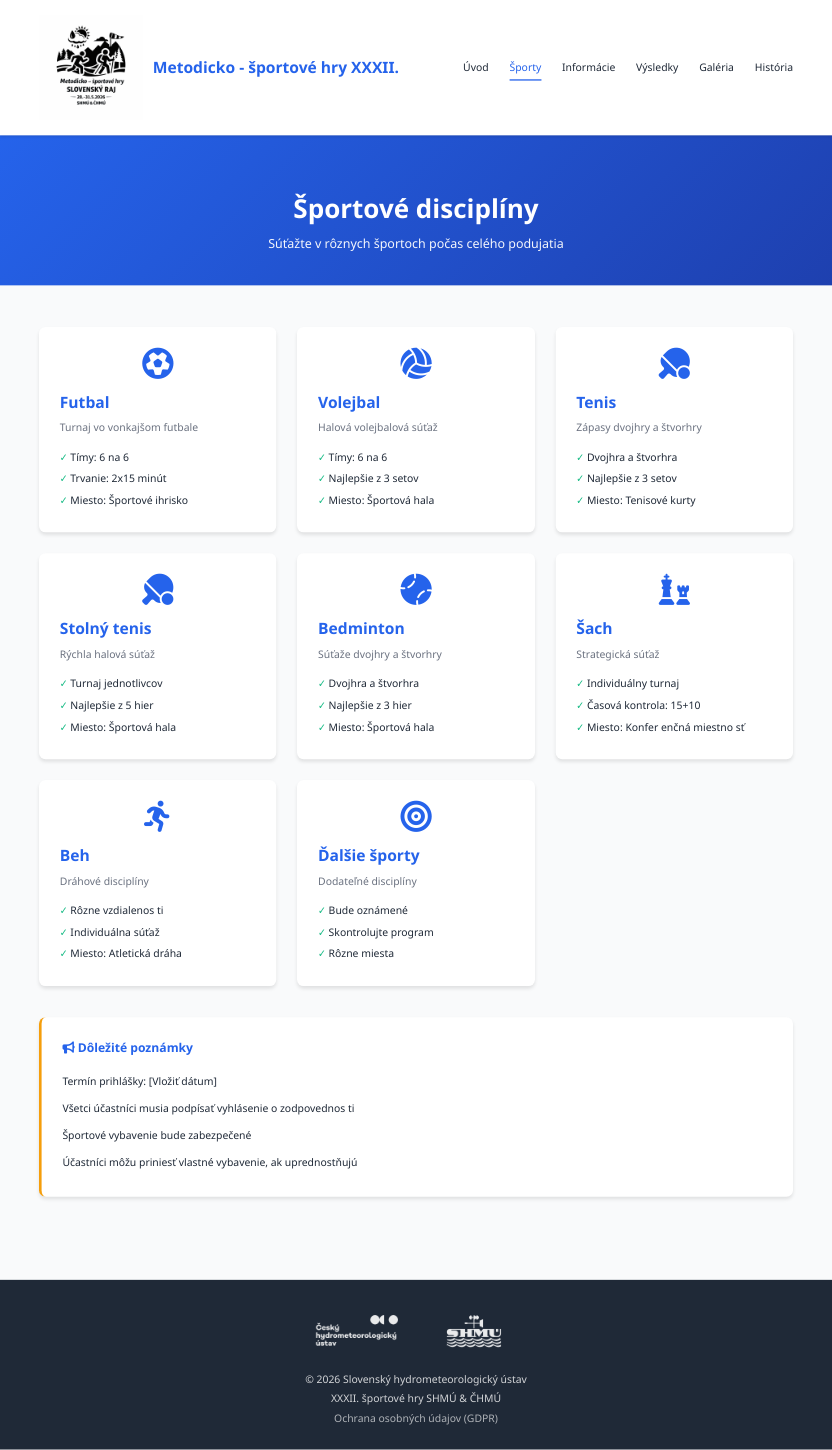
Repository: samiljimari/SHMU-web
Page: sports.html
An editor plug-in stored every save of this project. The page is shown before and after the next save, followed by the edit.
The browser window is 1280 px wide. The pictures show the whole page, at 65% of full size.

Above is the page before, as saved 2026-01-14 14:53:42.

### sports.html
<!DOCTYPE html>
<html lang="sk">
<head>
    <meta charset="UTF-8">
    <meta name="viewport" content="width=device-width, initial-scale=1.0">
    <title>Športy - Športové hry SHMÚ 2026</title>
    <link rel="stylesheet" href="https://cdnjs.cloudflare.com/ajax/libs/font-awesome/6.5.1/css/all.min.css">
    <link rel="stylesheet" href="css/style.css">
</head>
<body>
    <header>
        <nav class="navbar">
            <div class="container">
                <div class="logo">
                    <img src="site_logo.png" alt="Logo" class="site-logo">
                    <h1>Metodicko - športové hry XXXII.</h1>
                </div>
                <ul class="nav-menu">
                    <li><a href="index.html">Úvod</a></li>
                    <li><a href="sports.html" class="active">Športy</a></li>
                    <li><a href="info.html">Informácie</a></li>
                    <li><a href="results.html">Výsledky</a></li>
                    <li><a href="gallery.html">Galéria</a></li>
                    <li><a href="history.html">História</a></li>
                </ul>
                <div class="hamburger">
                    <span></span>
                    <span></span>
                    <span></span>
                </div>
            </div>
        </nav>
    </header>

    <main>
        <section class="page-header">
            <div class="container">
                <h1>Športové disciplíny</h1>
                <p>Súťažte v rôznych športoch počas celého podujatia</p>
            </div>
        </section>

        <section class="sports-list">
            <div class="container">
                <div class="sports-grid">
                    <div class="sport-card">
                        <div class="sport-icon"><i class="fas fa-futbol"></i></div>
                        <h3>Futbal</h3>
                        <p>Turnaj vo vonkajšom futbale</p>
                        <ul>
                            <li>Tímy: 6 na 6</li>
                            <li>Trvanie: 2x15 minút</li>
                            <li>Miesto: Športové ihrisko</li>
                        </ul>
                    </div>

                    <div class="sport-card">
                        <div class="sport-icon"><i class="fas fa-volleyball-ball"></i></div>
                        <h3>Volejbal</h3>
                        <p>Halová volejbalová súťaž</p>
                        <ul>
                            <li>Tímy: 6 na 6</li>
                            <li>Najlepšie z 3 setov</li>
                            <li>Miesto: Športová hala</li>
                        </ul>
                    </div>

                    <div class="sport-card">
                        <div class="sport-icon"><i class="fas fa-table-tennis"></i></div>
                        <h3>Tenis</h3>
                        <p>Zápasy dvojhry a štvorhry</p>
                        <ul>
                            <li>Dvojhra a štvorhra</li>
                            <li>Najlepšie z 3 setov</li>
                            <li>Miesto: Tenisové kurty</li>
                        </ul>
                    </div>

                    <div class="sport-card">
                        <div class="sport-icon"><i class="fas fa-table-tennis"></i></div>
                        <h3>Stolný tenis</h3>
                        <p>Rýchla halová súťaž</p>
                        <ul>
                            <li>Turnaj jednotlivcov</li>
                            <li>Najlepšie z 5 hier</li>
                            <li>Miesto: Športová hala</li>
                        </ul>
                    </div>

                    <div class="sport-card">
                        <div class="sport-icon"><i class="fas fa-baseball-ball"></i></div>
                        <h3>Bedminton</h3>
                        <p>Súťaže dvojhry a štvorhry</p>
                        <ul>
                            <li>Dvojhra a štvorhra</li>
                            <li>Najlepšie z 3 hier</li>
                            <li>Miesto: Športová hala</li>
                        </ul>
                    </div>

                    <div class="sport-card">
                        <div class="sport-icon"><i class="fas fa-chess"></i></div>
                        <h3>Šach</h3>
                        <p>Strategická súťaž</p>
                        <ul>
                            <li>Individuálny turnaj</li>
                            <li>Časová kontrola: 15+10</li>
                            <li>Miesto: Konfer enčná miestno sť</li>
                        </ul>
                    </div>

                    <div class="sport-card">
                        <div class="sport-icon"><i class="fas fa-running"></i></div>
                        <h3>Beh</h3>
                        <p>Dráhové disciplíny</p>
                        <ul>
                            <li>Rôzne vzdialenos ti</li>
                            <li>Individuálna súťaž</li>
                            <li>Miesto: Atletická dráha</li>
                        </ul>
                    </div>

                    <div class="sport-card">
                        <div class="sport-icon"><i class="fas fa-bullseye"></i></div>
                        <h3>Ďalšie športy</h3>
                        <p>Dodateľné disciplíny</p>
                        <ul>
                            <li>Bude oznámené</li>
                            <li>Skontrolujte program</li>
                            <li>Rôzne miesta</li>
                        </ul>
                    </div>
                </div>

                <div class="info-box">
                    <h3><i class="fas fa-bullhorn"></i> Dôležité poznámky</h3>
                    <ul>
                        <li>Termín prihlášky: [Vložiť dátum]</li>
                        <li>Všetci účastníci musia podpísať vyhlásenie o zodpovednos ti</li>
                        <li>Športové vybavenie bude zabezpečené</li>
                        <li>Účastníci môžu priniesť vlastné vybavenie, ak uprednostňujú</li>
                    </ul>
                </div>
            </div>
        </section>
    </main>

    <footer>
        <div class="container">
            <div class="footer-logos">
                <img src="logoCHMI_white.png" alt="ČHMÚ Logo">
                <img src="logoSHMI_white.png" alt="SHMÚ Logo">
            </div>
            <p>&copy; 2026 Slovenský hydrometeorologický ústav</p>
            <p>XXXII. športové hry SHMÚ & ČHMÚ</p>
            <p><a href="gdpr.html" style="color: rgba(255,255,255,0.8); text-decoration: none;">Ochrana osobných údajov (GDPR)</a></p>
        </div>
    </footer>

    <script src="js/script.js"></script>
</body>
</html>

Loaded but not shown: js/script.js (157 lines, source omitted); css/style.css (983 lines, source omitted)

After the next save:
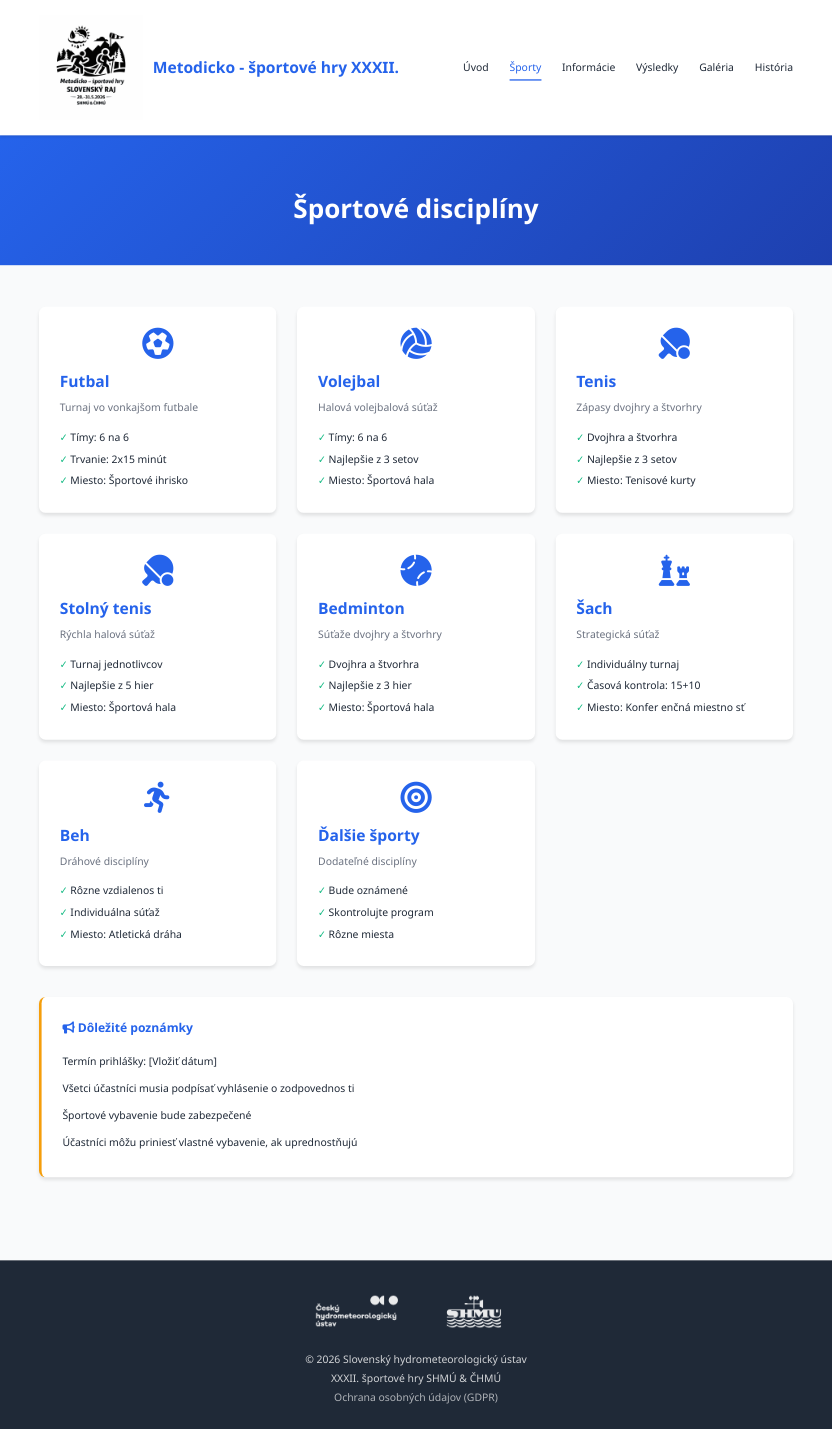
Saved 13 min 43 s later.
--- a/sports.html
+++ b/sports.html
@@ -36,7 +36,6 @@
         <section class="page-header">
             <div class="container">
                 <h1>Športové disciplíny</h1>
-                <p>Súťažte v rôznych športoch počas celého podujatia</p>
             </div>
         </section>
 
